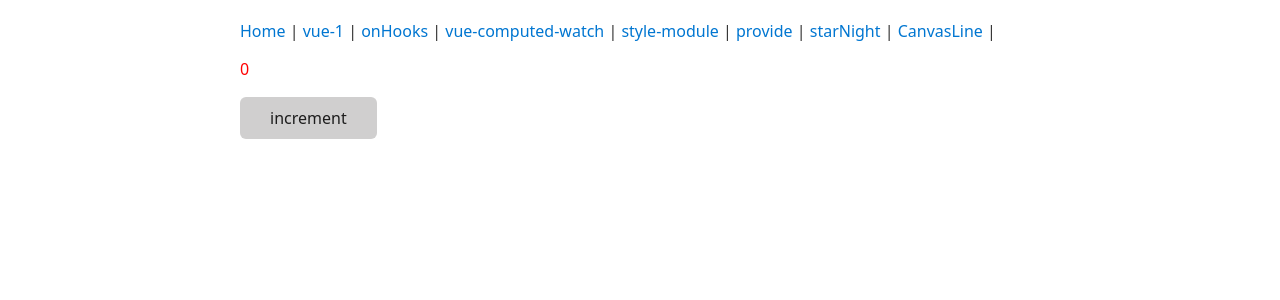
Repository: 596178924/vue3-ts-html
Page: /
An editor plug-in stored every save of this project. The page is shown before and after the next save, followed by the edit.
The browser window is 1280 px wide. The pictures show the whole page.
The project was rebuilt for these pictures with package versions that can differ from the ones it lists, and the page was loaded fresh each time. Also part of the build but not shown: vue.config.js.

Above is the page before, as saved 2022-02-15 15:39:29.

### public/index.html
<!DOCTYPE html>
<html lang="">
  <head>
    <meta charset="utf-8">
    <meta http-equiv="X-UA-Compatible" content="IE=edge">
    <meta name="viewport" content="width=device-width,initial-scale=1.0">
	<link rel="stylesheet" href="https://cdn.jsdelivr.net/npm/water.css@2/out/water.css">
    <link rel="icon" href="<%= BASE_URL %>favicon.ico">
    <title><%= htmlWebpackPlugin.options.title %></title>
  </head>
  <body>
    <noscript>
      <strong>We're sorry but <%= htmlWebpackPlugin.options.title %> doesn't work properly without JavaScript enabled. Please enable it to continue.</strong>
    </noscript>
    <div id="app"></div>
    <!-- built files will be auto injected -->
  </body>
</html>

### src/main.ts
import { createApp } from 'vue';
import App from './App.vue';
import router from './router';
import { createPinia } from 'pinia'
const app = createApp(App);
app.use(createPinia());
app.use(router);
app.mount('#app');

### src/App.vue
<template>
  <div id="nav">
    <router-link to="/">Home</router-link> |
    <router-link to="/vue-1">vue-1</router-link> |
    <router-link to="/onHooks">onHooks</router-link> |
    <router-link to="/vue-computed-watch">vue-computed-watch</router-link> |
    <router-link to="/style-module">style-module</router-link> |
    <router-link to="/provide">provide</router-link> |
    <router-link to="/starNight">starNight</router-link> |
    <router-link to="/CanvasLine">CanvasLine</router-link> |

  </div>
  <router-view/>
</template>

<style lang="scss">

</style>

### src/router/index.ts
import { createRouter, createWebHashHistory, RouteRecordRaw } from 'vue-router';

const routes: Array<RouteRecordRaw> = [
	{
		path: '/',
		name: 'Home',
		component: () => import('@/views/Home.vue')
	},
	{
		path: '/vue-1',
		name: 'vue-1',
		component: () => import('@/views/vue-1.vue')
	},
	{
		path: '/onHooks',
		name: 'onHooks',
		component: () => import('@/views/onHooks.vue')
	},
	{
		path: '/vue-computed-watch',
		name: 'vue-computed-watch',
		component: () => import('@/views/vue-computed-watch.vue')
	},
	{
		path: '/style-module',
		name: 'style-module',
		component: () => import('@/views/style-module.vue')
	},
	{
		path: '/provide',
		name: 'provide',
		component: () => import('@/views/provide.vue')
	},
	{
		path: '/starNight',
		name: 'starNight',
		component: () => import('@/views/starNight.vue')
	},
	{
		path: '/CanvasLine',
		name: 'CanvasLine',
		component: () => import('@/views/CanvasLine.vue')
	},

];

const router = createRouter({
	history: createWebHashHistory(),
	routes
});

export default router;

### src/views/Home.vue
<template>
	<div class="home">
		<p class="red">{{ counter }}</p>
		<button @click="increment">increment</button>
	</div>
</template>

<script setup lang="ts" >
import { useStoreCounter } from "@/PiniaStore/counter"
import { ref } from "vue";
const store = useStoreCounter();
console.log(store)
let counter = ref(0);
console.log(counter)
function increment() {
	counter.value + 1;
	console.log(counter.value)
}
increment()

</script>
<style lang="scss" scoped>
.red {
	color: #ff0000;
}
</style>

### src/PiniaStore/counter.ts
import { defineStore } from "pinia"

export const useStoreCounter = defineStore('counter', {
	state: () => ({
		counter: 0,
		name: 'pinia',
		isAdmin: true
	}),
	getters:{
		doubleCounter:({counter})=> counter * 2
	},
	actions:{
		increment() {
			this.counter++;
			console.log("useStoreCounter increment",this.counter)
		},
		randomizeCounter() {
			this.counter = Math.round(100 * Math.random())
		}
	}
})

After the next save:
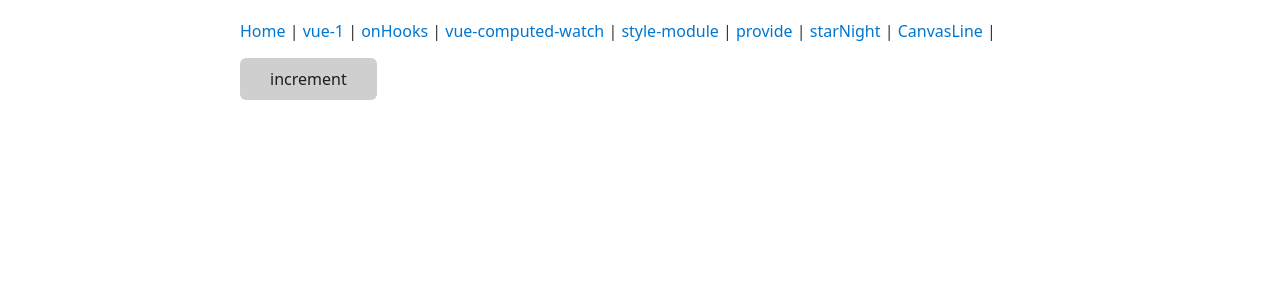
Saved 11 s later.
--- a/src/views/Home.vue
+++ b/src/views/Home.vue
@@ -1,6 +1,6 @@
 <template>
 	<div class="home">
-		<p class="red">{{ counter }}</p>
+		<p class="red">{{ counter.value }}</p>
 		<button @click="increment">increment</button>
 	</div>
 </template>

After the save that followed:
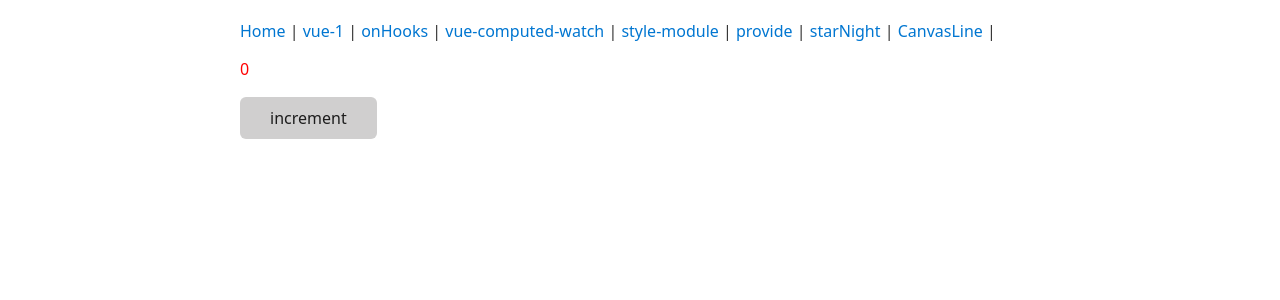
Saved 9 s later.
--- a/src/views/Home.vue
+++ b/src/views/Home.vue
@@ -1,6 +1,6 @@
 <template>
 	<div class="home">
-		<p class="red">{{ counter.value }}</p>
+		<p class="red">{{ counter }}</p>
 		<button @click="increment">increment</button>
 	</div>
 </template>
